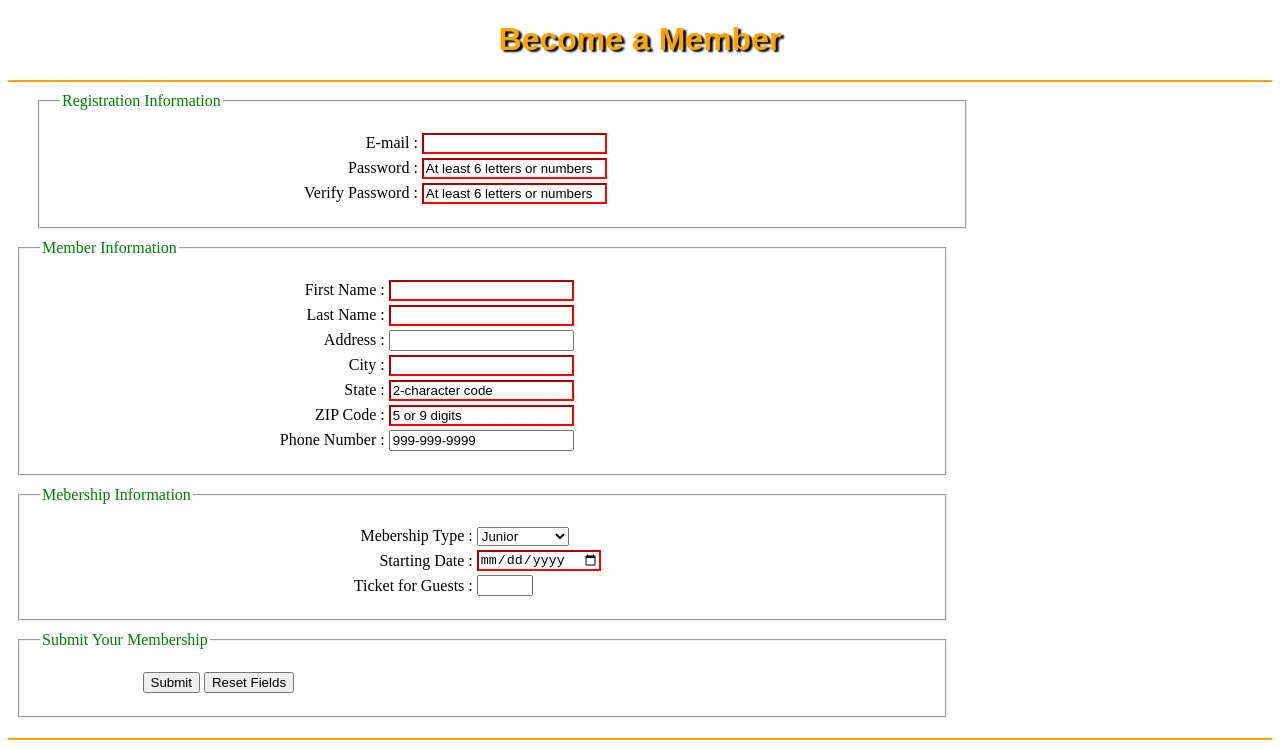
Repository: kjungyoun/Web_Study_2021
Page: 05_seoul08_homework/0302/0302.html
An editor plug-in stored every save of this project. The page is shown before and after the next save, followed by the edit.
The browser window is 1280 px wide. The pictures show the whole page.
Some web fonts or font styles are not loaded; a fallback is used.

Above is the page before, as saved 2021-03-02 12:45:19.

### 05_seoul08_homework/0302/0302.html
<!DOCTYPE html>
<html>
<head>
<meta charset="UTF-8">
<title>Become a Member</title>
<style type="text/css">
	fieldset {
	color: green;
	width:70%;
	padding:20px;
	margin: 10px 30px;
	}
	table {
	color : black;
	margin: auto;
	width: 80%;
	}
	h1 {
	font-family: "Arial Black", sans-serif;
	color:orange;
	text-shadow: 3px 2px 2px black;
	}
</style>
</head>
<body>
<header>
	<h1 align="center">
		Become a Member
	</h1>
	<hr color="orange" size="2px">
</header>
<form action="index.html">
	<fieldset>
		<legend>Registration Information</legend>
		<table>
			<tbody>
				<tr>
					<td align="right">
						<label for="userid">E-mail : </label>
					</td>
					<td align="left">
						<input type="email" id="email" name="email" style="border-color: red">
					</td>
				</tr>
				<tr>
					<td align="right">
					<label for="password">Password : </label>
					</td>
					<td align="left">
						<input type="text" id="psw" name="psw" value="At least 6 letters or numbers" style="border-color:red">
					</td>
				</tr>
				<tr>
					<td align="right">
						<label for="vpassword">Verify Password : </label>
					</td>
					<td align="left">
						<input type="text" id="vpwd" name="vpwd" value="At least 6 letters or numbers" style="border-color:red;">
					</td>
				</tr>
			</tbody>
		</table>
	</fieldset>
	<fieldset style="margin:10px;">
		<legend>Member Information</legend>
		<table >
			<tbody>
				<tr>
					<td align="right">
						<label for="fname">First Name : </label>
					</td>
					<td align="left">
						<input type="text" id="fname" name="fname" style="border-color:red">
					</td>
				</tr>
				<tr>
					<td align="right">
					<label for="lname">Last Name : </label>
					</td>
					<td align="left">
						<input type="text" id="lname" name="lname" style="border-color:red">
					</td>
				</tr>
				<tr>
					<td align="right">
						<label for="address">Address : </label>
					</td>
					<td align="left">
						<input type="text" id="addr" name="addr">
					</td>
				</tr>
				<tr>
					<td align="right">
						<label for="city">City : </label>
					</td>
					<td align="left">
						<input type="text" id="city" name="city" style="border-color:red">
					</td>
				</tr>
				<tr>
					<td align="right">
						<label for="state">State : </label>
					</td>
					<td align="left">
						<input type="text" id="state" name="state" value="2-character code" style="border-color:red">
					</td>
				</tr>
				<tr>
					<td align="right">
						<label for="zip">ZIP Code : </label>
					</td>
					<td align="left">
						<input type="text" id="addr" name="addr" value="5 or 9 digits" style="border-color:red">
					</td>
				</tr>
				<tr>
					<td align="right">
						<label for="phone">Phone Number : </label>
					</td>
					<td align="left">
						<input type="tel" id="phone" name="phone" value="999-999-9999">
					</td>
				</tr>
			</tbody>
		</table>
	</fieldset>
	<fieldset style="margin:10px;">
		<legend>Mebership Information</legend>
		<table>
			<tr>
				<td align="right">
					<label for="type">Mebership Type : </label>
				</td>
				<td align="left">
					<select name="type" >
						<optgroup label="membership" >
							<option>Junior</option>
							<option>Senior</option>
							<option>Semi Pro</option>
							<option>Pro</option>
							<option>VIP</option>
						</optgroup>
					</select>
				</td>
			</tr>
			<tr>
				<td align="right">
					<label for="date">Starting Date : </label>
				</td>
				<td align="left">
					<input type="date" name="date" style="border-color:red">
				</td>
			</tr>
			<tr>
				<td align="right">
					<label for="guest">Ticket for Guests : </label>
				</td>
				<td align="left">
					<input type="number" min="0" max="30" name="guest">
				</td>
			</tr>
		</table>
	</fieldset>
	<fieldset style="margin:10px; margin-bottom: 20px">
		<legend>Submit Your Membership</legend>
		<table>
			<tr>
				<td></td>
				<td>
					<button type="submit">Submit</button>
					<button type="reset">Reset Fields</button>
				</td>
			</tr>
		</table>
	</fieldset>
</form>
<hr color="orange" size="2px">
</body>
</html>

After the next save:
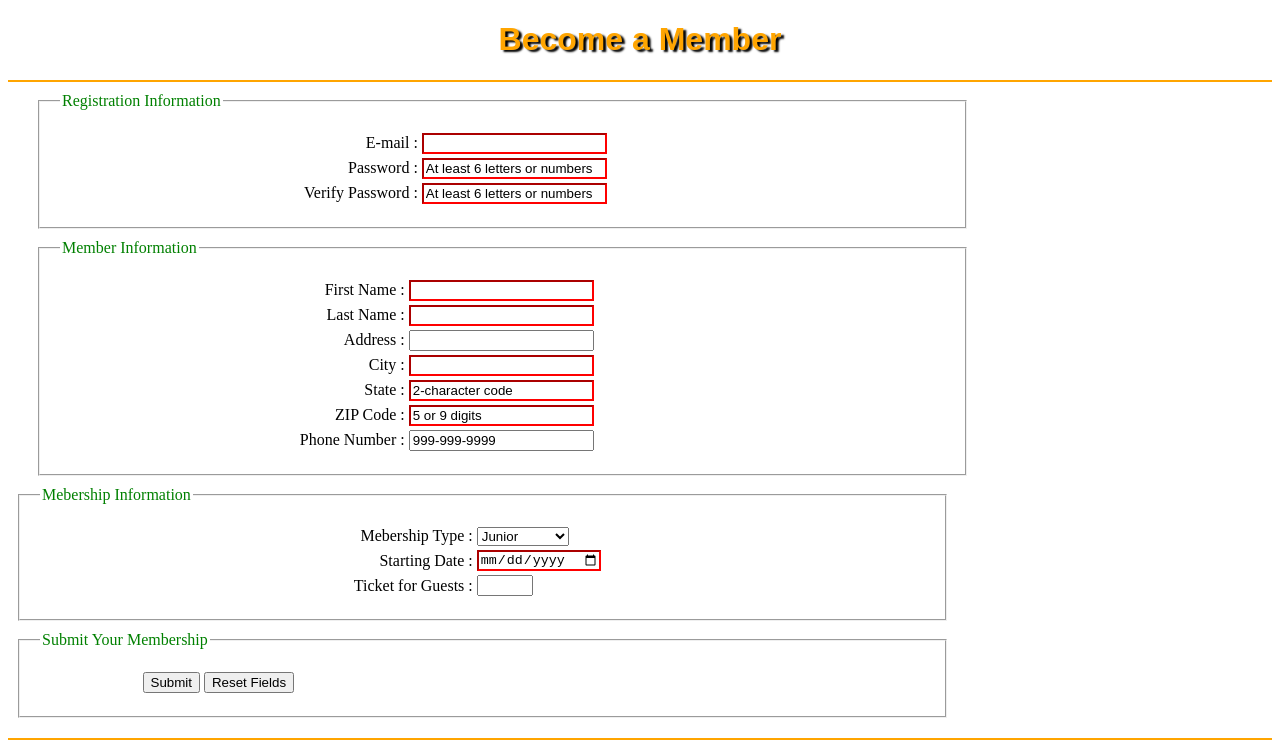
Saved 3 s later.
--- a/05_seoul08_homework/0302/0302.html
+++ b/05_seoul08_homework/0302/0302.html
@@ -61,7 +61,7 @@
 			</tbody>
 		</table>
 	</fieldset>
-	<fieldset style="margin:10px;">
+	<fieldset>
 		<legend>Member Information</legend>
 		<table >
 			<tbody>
